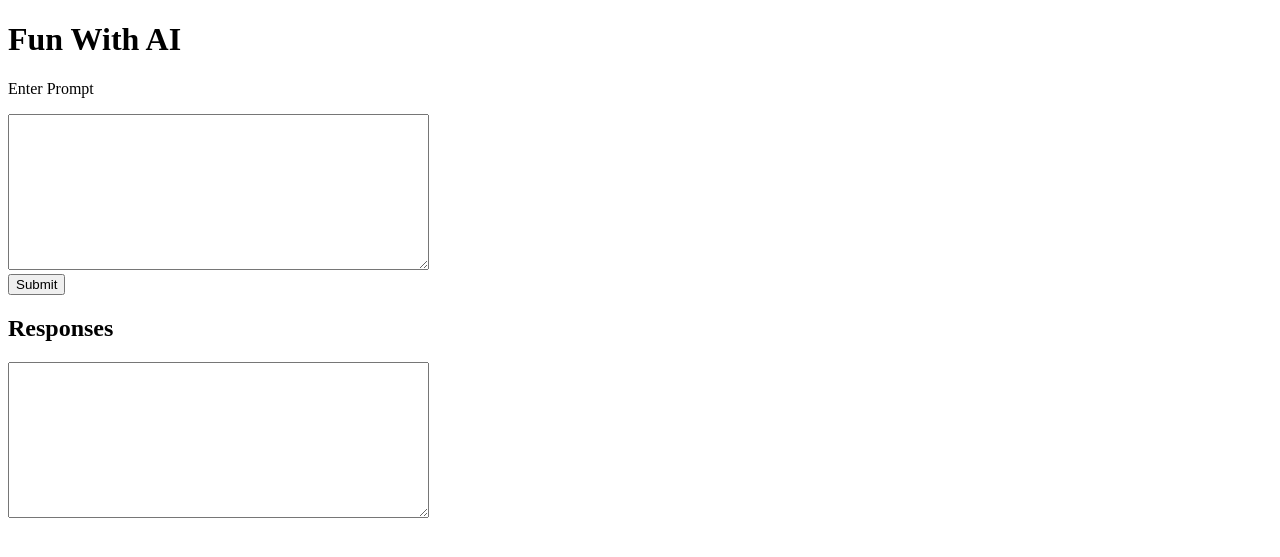
Repository: wenxi0504/open-ai-API
Page: openAI.html
The author's editor kept a copy of each file at every save. The page is drawn from the files as they stood at one save, then again after the next save.
The browser window is 1280 px wide. The pictures show the whole page.

Above is the page before, as saved 2022-05-15 16:32:01.

After the next save:
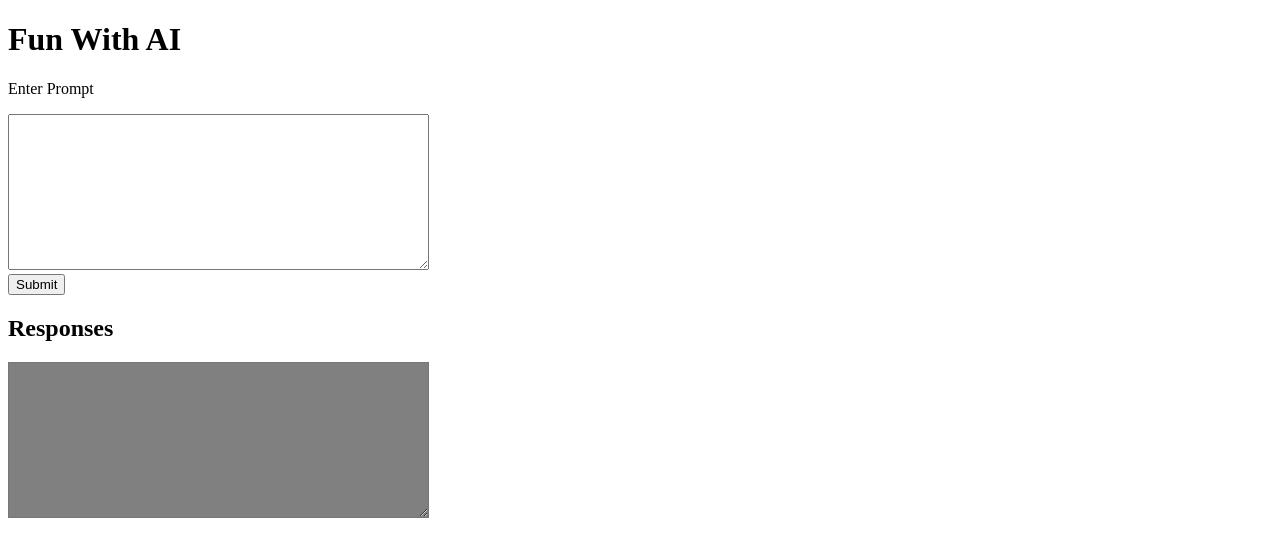
Saved 54 s later.
--- a/openAI.html
+++ b/openAI.html
@@ -16,7 +16,7 @@
 </form>
 
 <h2>Responses</h2>
-<textarea id="aiResponse" name="aiResponse" readonly="true" rows="10" cols="50"></textarea>
+<textarea id="aiResponse" name="aiResponse" readonly="true" rows="10" cols="50" style="background-color: gray;"></textarea>
 <script src="openai.js"></script>
 </body>
 </html>
